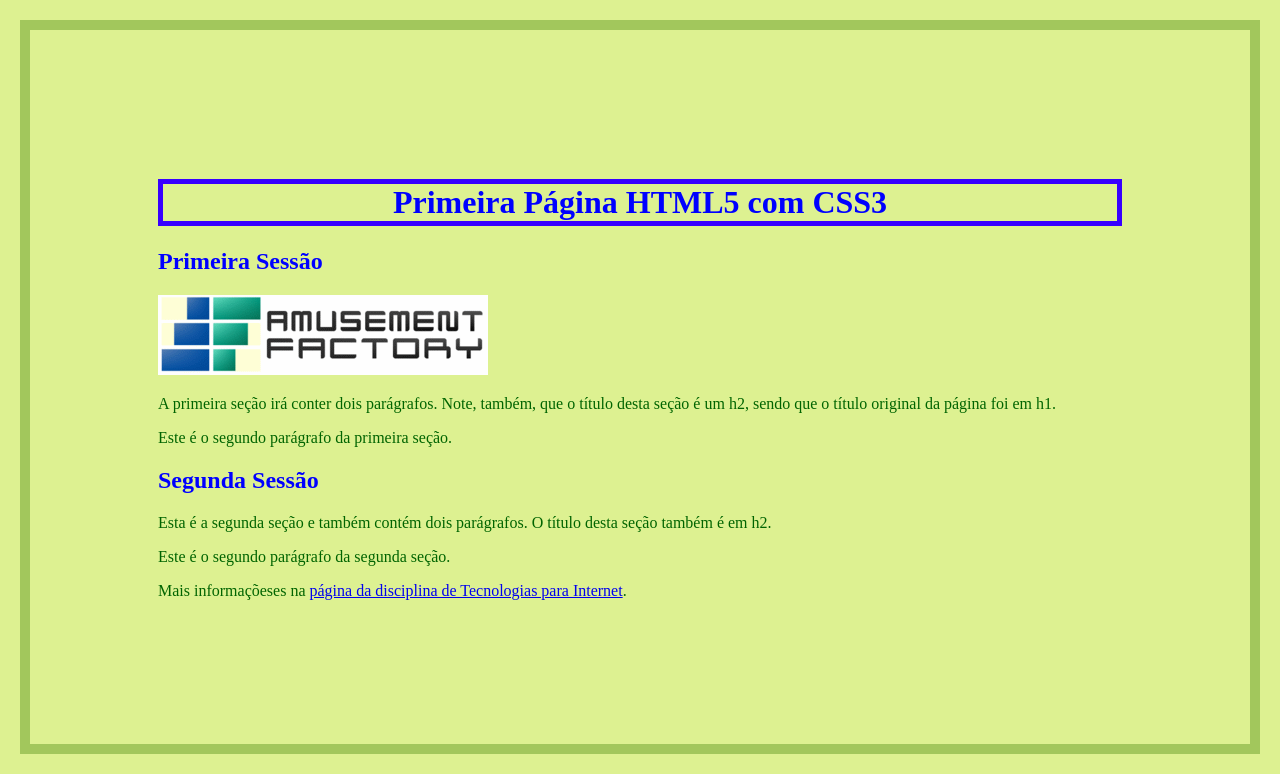
Repository: joao-laercio/DevWeb_BackEnd
Page: Aula_data_08/index2.html
An editor plug-in stored every save of this project. The page is shown before and after a run of saves, followed by the edit.
The browser window is 1280 px wide. The pictures show the whole page.

Above is the page before, as saved 2022-07-08 16:35:07.

### Aula_data_08/index2.html
<!DOCTYPE html>
<html lang="pt-BR">
<head>
	<meta charset="UTF-8" />
	<title>Primeira Página Web HTML5 e CSS3</title>
	<link rel="stylesheet"href="estilo.css">
</head>
<body>
	<h1>Primeira P&aacute;gina HTML5 com CSS3</h1>
	<h2>Primeira Sessão</h2>

	<p><img src="aflogo_horiz.gif"
		width="330" height="80" title="Empresa do professor"
		alt="Amusement Factory Logo" />
	</p>
	<p>	A primeira seção irá conter dois parágrafos. Note, também,
		que o título desta seção é um h2, sendo que o título original
		da página foi em h1.
	</p>
	<p>	Este é o segundo parágrafo da primeira seção.
	</p>


	<h2>Segunda Sessão</h2>
	<p>	Esta é a segunda seção e também contém dois parágrafos. O título
		desta seção também é em h2.
	</p>
	<p>	Este é o segundo parágrafo da segunda seção.
	</p>


	<p>	Mais informaçõeses na
		<a href="http://www.caeano.eng.br/">página da
			disciplina de Tecnologias para Internet</a>.
	</p>
</body>
</html>

### Aula_data_08/estilo.css
h1, h2 {
    color: blue;
}
body {
    background-color: rgb(221, 241, 145);
    padding: 10%;
    margin: 20px;
    border: 10px solid rgb(162, 199, 92);

}
 p {
    color: darkgreen;
 }

 h1 {
    text-align: center;
 }
 h1 {
    border-color: blue;
    border: 5px solid rgb(55, 0, 255);

After the next 2 saves:
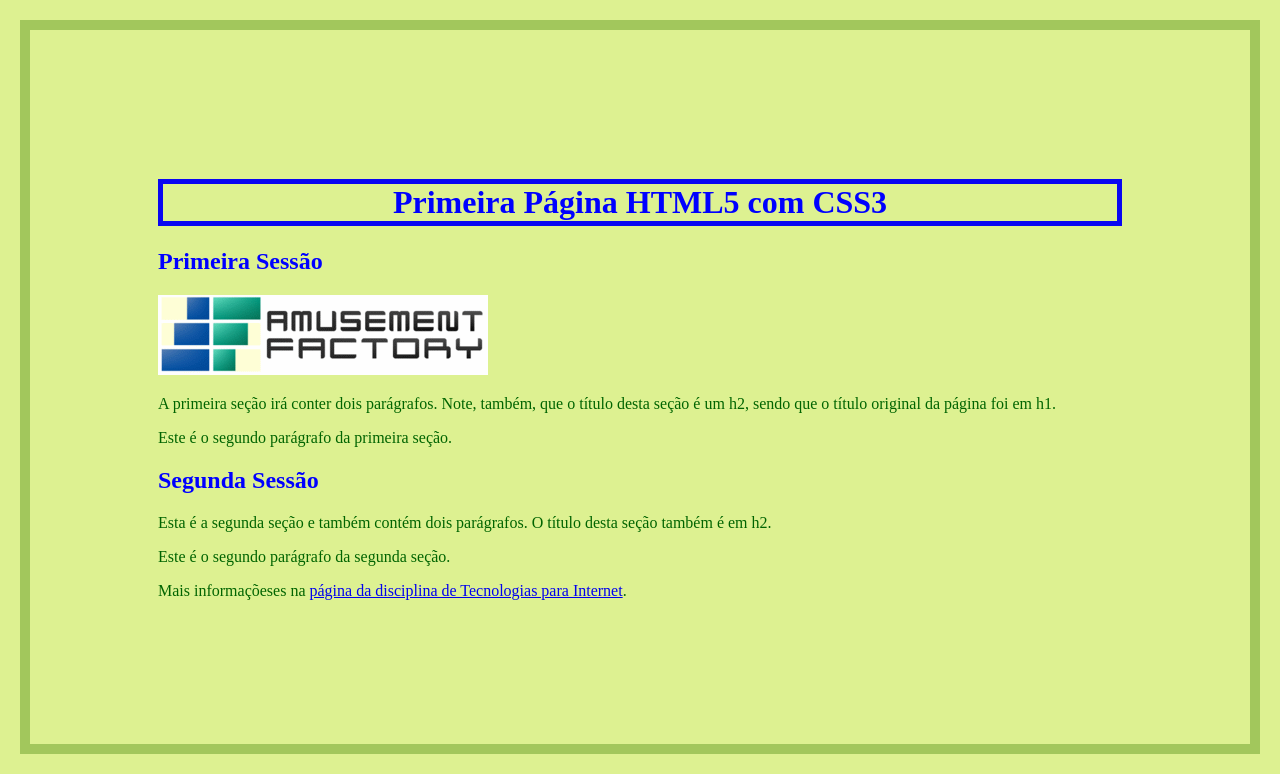
The 2 saves are shown as one change because they came seconds apart.
The last was saved 5 s later.
--- a/Aula_data_08/estilo.css
+++ b/Aula_data_08/estilo.css
@@ -17,4 +17,4 @@
  }
  h1 {
     border-color: blue;
-    border: 5px solid rgb(55, 0, 255);
+    border: 5px solid rgb(10, 7, 241);
